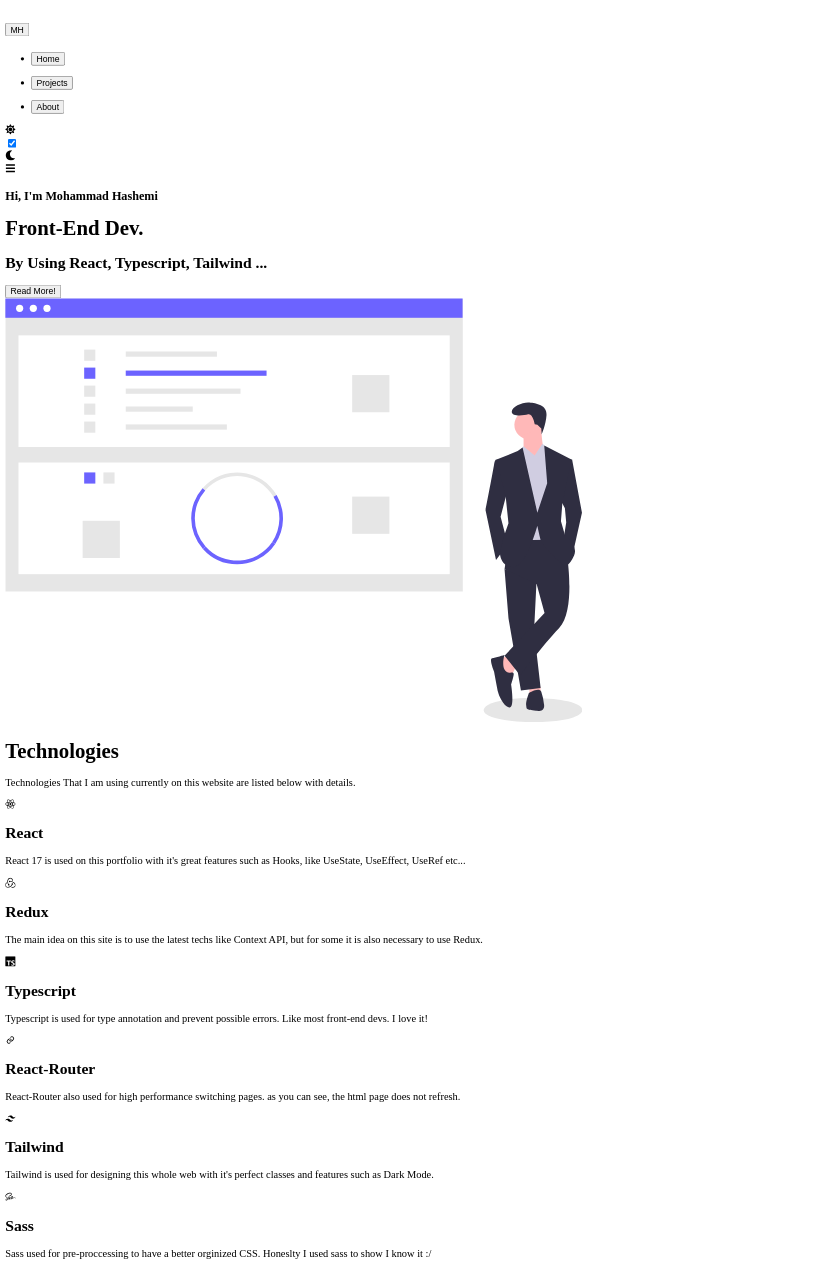
Repository: SMohammadH/react-typescript-tailwind
Page: /
These files come from the project's save history. The page is drawn as it stood at one moment and after a run of saves; the edit follows.
The browser window is 1280 px wide. The pictures show the whole page, at 65% of full size.
The project was rebuilt for these pictures with package versions that can differ from the ones it lists, and the page was loaded fresh each time. Also part of the build but not shown: craco.config.js.

Above is the page before, as saved 2021-02-05 04:26:39.

After the next 2 saves:
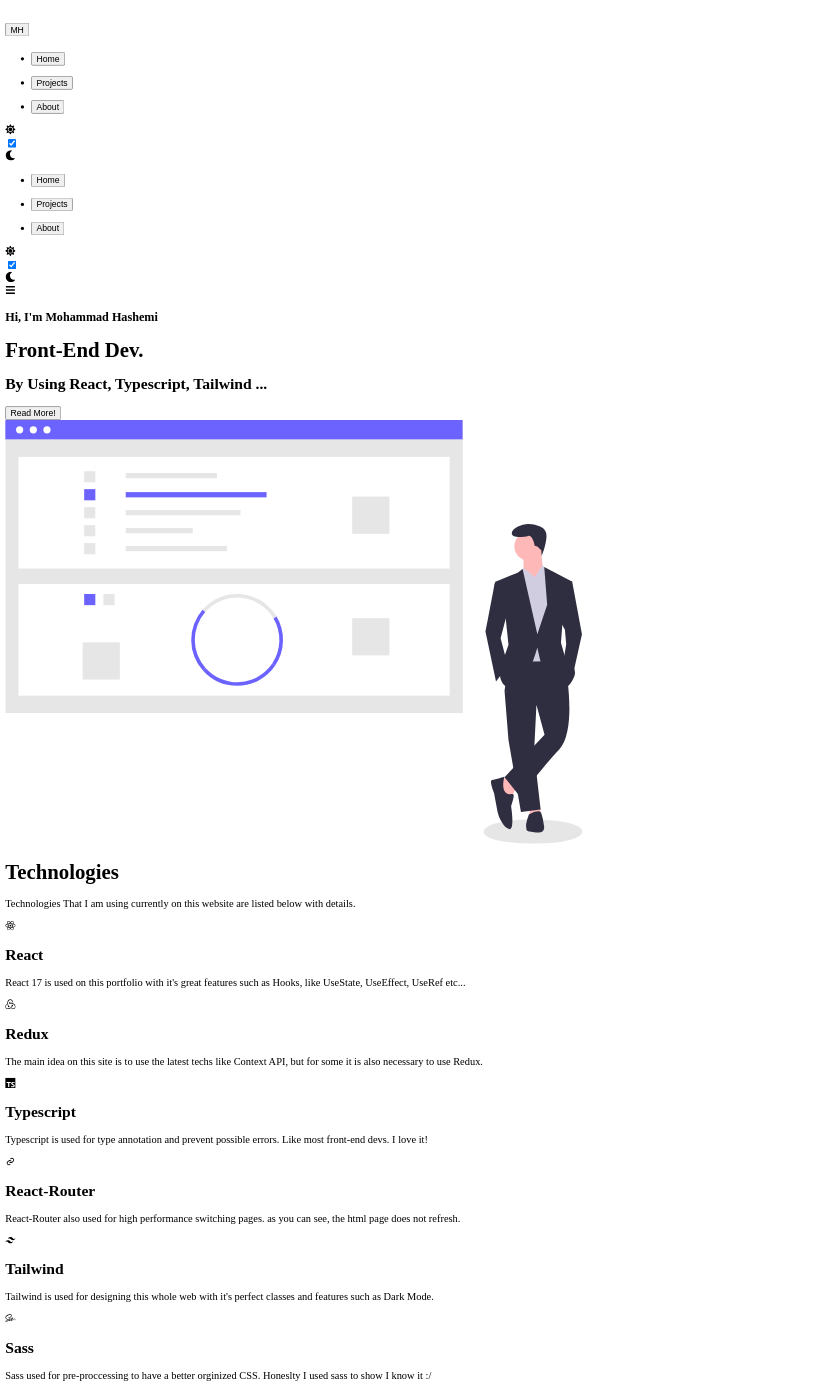
The 2 saves are shown as one change because 1 did not build or start.
The last was saved 2 min 20 s later.
--- a/src/components/Navbar.tsx
+++ b/src/components/Navbar.tsx
@@ -17,7 +17,36 @@
             </h1>
           </div>
 
-          <div className={`${hidden} md:flex`}>
+          <div className={`md:flex`}>
+            <div className="flex space-x-9 text-lg">
+              <ul>
+                <li>
+                  <button className="hover:text-accent focus:outline-none">
+                    Home
+                  </button>
+                </li>
+              </ul>
+              <ul>
+                <li>
+                  <button className="hover:text-accent focus:outline-none">
+                    Projects
+                  </button>
+                </li>
+              </ul>
+              <ul>
+                <li>
+                  <button className="hover:text-accent focus:outline-none">
+                    About
+                  </button>
+                </li>
+              </ul>
+            </div>
+            <div className="ml-9 self-center">
+              <Toggle />
+            </div>
+          </div>
+
+          <div className={`${hidden} md:hidden`}>
             <div className="flex space-x-9 text-lg">
               <ul>
                 <li>
